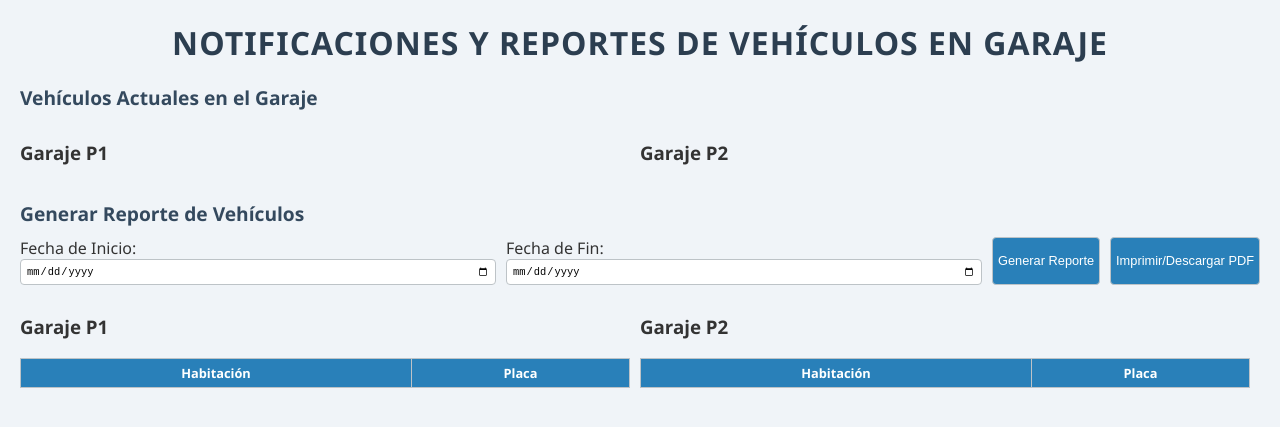
Repository: EddyWebz/REPOSITORIO-BASE-DATOS
Page: privado/report.html
The author's editor kept a copy of each file at every save. The page is drawn from the files as they stood at one save, then again after the next save.
The browser window is 1280 px wide. The pictures show the whole page.
The page's requests for data from a server got no answer.

Above is the page before, as saved 2024-08-15 12:16:47.

After the next save:
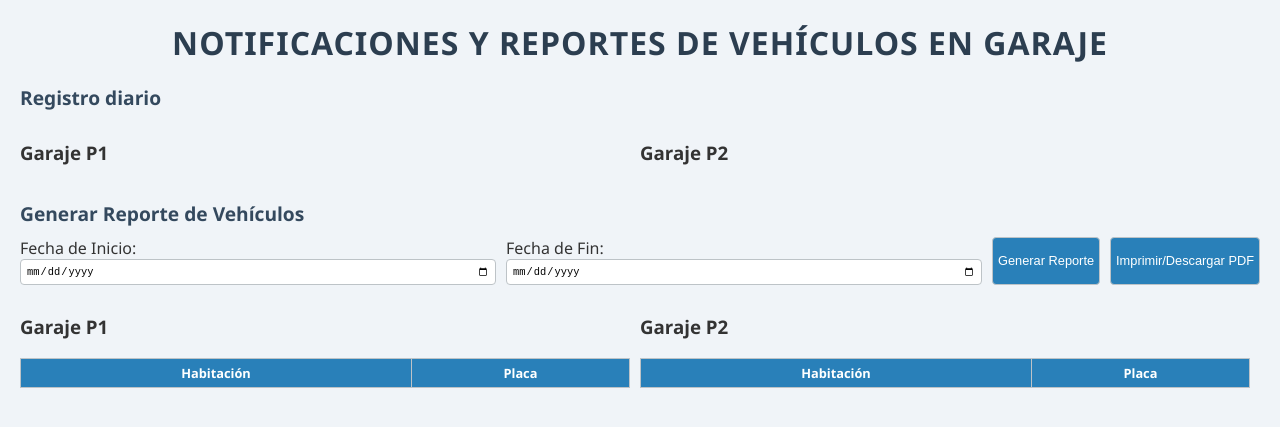
Saved 45 s later.
--- a/privado/report.html
+++ b/privado/report.html
@@ -15,7 +15,7 @@
 
     <!-- Sección de Notificaciones Activas -->
     <section id="notificaciones">
-        <h2>Vehículos Actuales en el Garaje</h2>
+        <h2>Registro diario</h2>
         <div class="notificaciones-garajes">
             <div class="garaje">
                 <h3>Garaje P1</h3>
